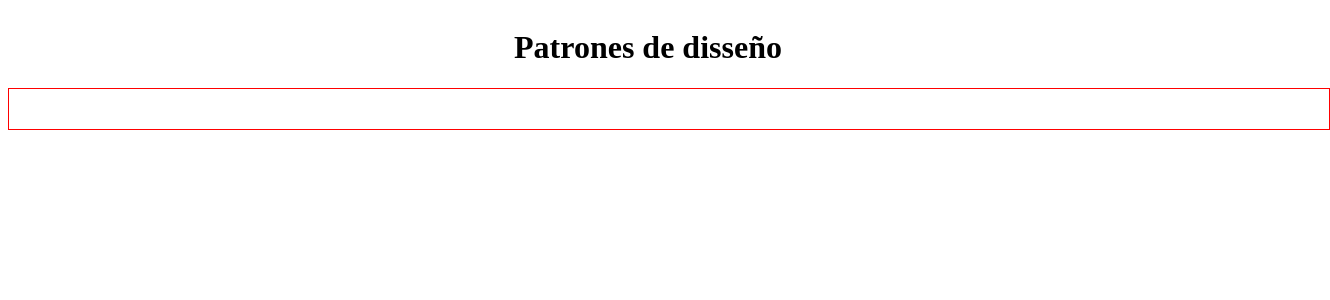
Repository: nrsWebs/design-pattern-es
Page: index.html
These files come from the project's save history. The page is drawn as it stood at one moment and after the next save; the edit follows.
The browser window is 1280 px wide. The page is 1330 px wide, so the pictures cover 1330 px, including what lies to the right of the window. The pictures show the whole page.

Above is the page before, as saved 2021-02-06 17:59:47.

After the next save:
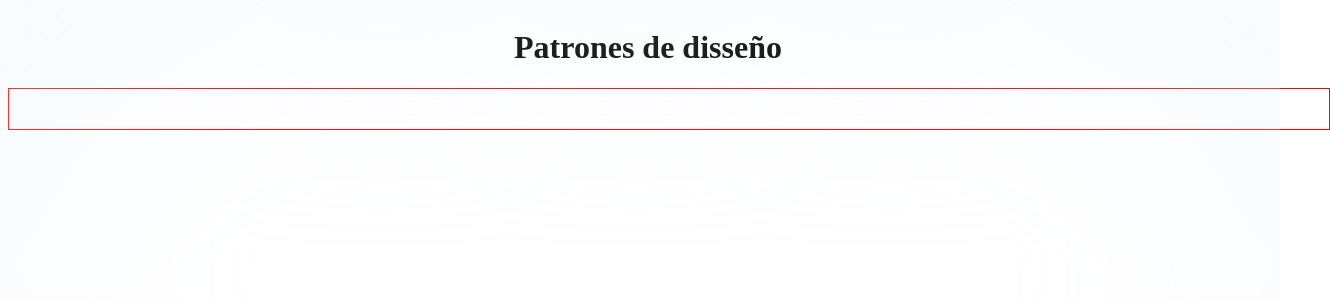
Saved 29 s later.
--- a/source/main.css
+++ b/source/main.css
@@ -35,10 +35,5 @@ h1{
     left: 0;
     right: 0;
     bottom: 0;
-    content: '';
-    position: absolute;
-    top: 0;
-    left: 0;
-    right: 0;
-    bottom: 0;
+    box-shadow: inset 0 0 2000px var(--secondary);
 }
